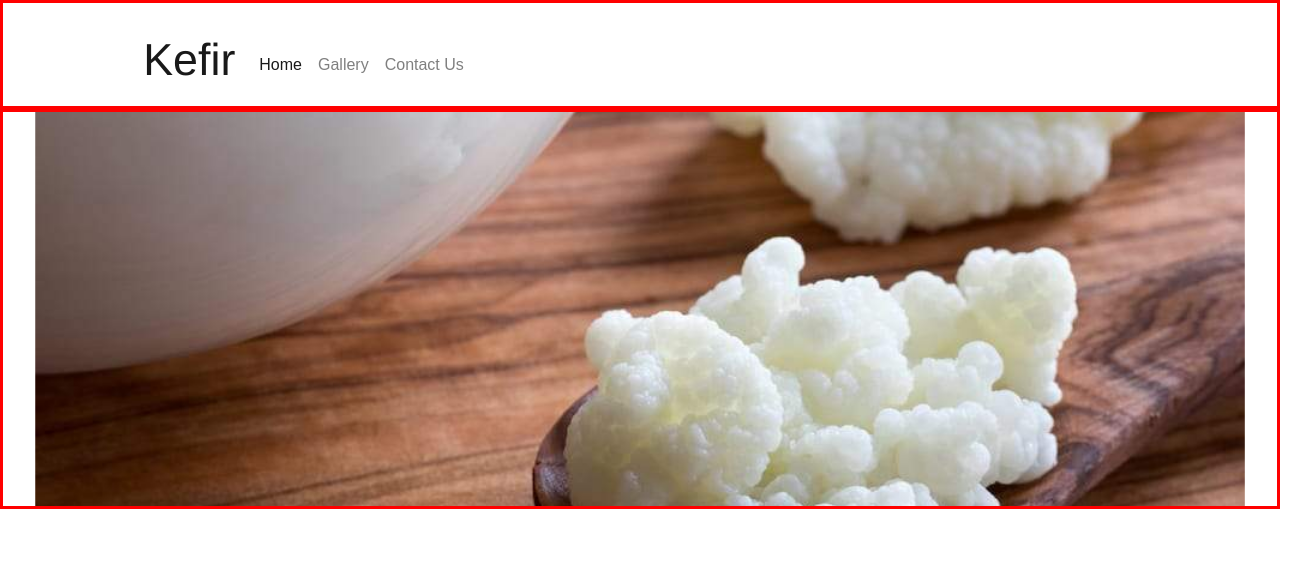
Repository: andna5980/kefir-web
Page: src/index.html
An editor plug-in stored every save of this project. The page is shown before and after the next save, followed by the edit.
The browser window is 1280 px wide. The page is 1280 px wide, then 1295 px, so the pictures cover 1295 px, including what lies to the right of the window. The pictures show the whole page.
Some web fonts or font styles are not loaded; a fallback is used. Some web libraries are served in a nearby version.

Above is the page before, as saved 2021-02-28 09:25:02.

### src/index.html
<!DOCTYPE html>
<html lang="en-US">

<head>
  <meta charset="UTF-8">
  <meta name="viewport" content="width=device-width, initial-scale=1.0">
  <meta name="author" content="Andres Navarrete">
  <meta name="description"
    content="Kefir, meet the power of nature. Bring the right knowledge and the best recipes from mother nature">
  <meta name="keywords" content="Kefir, recipes, natural-products, home-made, organic, healthy">
  <title>KEFIR | MEET THE POWER OF NATURE</title>
  <link rel="stylesheet" href="https://cdn.jsdelivr.net/npm/bootstrap@4.5.3/dist/css/bootstrap.min.css"
    integrity="sha384-TX8t27EcRE3e/ihU7zmQxVncDAy5uIKz4rEkgIXeMed4M0jlfIDPvg6uqKI2xXr2" crossorigin="anonymous">
  <link rel="stylesheet" href="https://use.fontawesome.com/releases/v5.6.3/css/all.css"
    integrity="sha384-UHRtZLI+pbxtHCWp1t77Bi1L4ZtiqrqD80Kn4Z8NTSRyMA2Fd33n5dQ8lWUE00s/" crossorigin="anonymous">
  <link href="../src/assets/styles/style.css" rel="stylesheet">
</head>

<body>
  <!--------------------Main-Header-------------------------------------->
  <header>
    <nav class="test-red navbar navbar-expand-md navbar-light">
      <a class="navbar-brand" href="#">Kefir</a>
      <button class="navbar-toggler" type="button" data-toggle="collapse" data-target="#navbarNav"
        aria-controls="navbarNav" aria-expanded="false" aria-label="Toggle navigation">
        <span class="navbar-toggler-icon"></span>
      </button>
      <div class="collapse navbar-collapse" id="navbarNav">
        <ul class="navbar-nav">
          <li class="nav-item active">
            <a class="nav-link" href="#">Home <span class="sr-only">(current)</span></a>
          </li>
          <li class="nav-item">
            <a class="nav-link" href="#">Gallery</a>
          </li>
          <li class="nav-item">
            <a class="nav-link" href="#">Contact Us</a>
          </li>

        </ul>
      </div>
    </nav>
  </header>

  <!--------------------Hero-mage-------------------------------------->

  <div class="test-red container-hero">
    <div class="hero-image col-12">

    </div>
  </div>


</body>

<script src="https://code.jquery.com/jquery-3.2.1.slim.min.js"
  integrity="sha384-KJ3o2DKtIkvYIK3UENzmM7KCkRr/rE9/Qpg6aAZGJwFDMVNA/GpGFF93hXpG5KkN" crossorigin="anonymous"></script>
<script src="https://cdnjs.cloudflare.com/ajax/libs/popper.js/1.12.9/umd/popper.min.js"
  integrity="sha384-ApNbgh9B+Y1QKtv3Rn7W3mgPxhU9K/ScQsAP7hUibX39j7fakFPskvXusvfa0b4Q" crossorigin="anonymous"></script>
<script src="https://maxcdn.bootstrapcdn.com/bootstrap/4.0.0/js/bootstrap.min.js"
  integrity="sha384-JZR6Spejh4U02d8jOt6vLEHfe/JQGiRRSQQxSfFWpi1MquVdAyjUar5+76PVCmYl" crossorigin="anonymous"></script>

</html>

### src/assets/styles/style.css
@import url('https://fonts.googleapis.com/css2?family=Amatic+SC&family=Caveat+Brush&display=swap');

.container {
    margin: 15px;
}


body {
    font-family: Arial, Helvetica, sans-serif;
    color: #2F4B58;
    max-width: 1500px;
}

h2 {
    font-family:  Caveat Brush, Helvetica, sans-serif;
    color: #2F4B58;
}


/*----------------------BORDER ROWS AND COLUMNS----------*/

.test-red {
    border: 3px solid red
}

.test-blue {
    border:1px solid blue
}









/*-----------------------Header ----------*/

.navbar-brand {
    float: left;
    color: #2F4B58;
    font-family:  Caveat Brush, Helvetica, sans-serif;
    font-size: 280%;
    margin-left: 10%;
    margin-top: 10px;
}

.navbar-nav {
    float: right;
}

.navbar-nav li a{
    margin-top: 20px;
    color: #2F4B58;
}


.navbar-toggler {
    border: 2px solid #2F4B58;
    color: #2F4B58;
}

.navbar-toggler.icon{

}






.menu a {
    text-decoration: none;
    color: #2F4B58;
}

.menu  {
list-style-type: none;
margin-right: 5%;
margin-top: 30px; /* CHAPUZA  */
word-spacing: 5px;
}

.menu ul {
    float:right;
    margin-left: 10px;
}

.menu li {
    list-style-type: none;
    display: inline-flex;
}


/*-----------------------Heeo-image ----------*/

.container-hero {
    height: 400px;
    overflow: hidden;
}

.hero-image {
    height: 400px;
    width: 100%;
    background: url(../images/milk-kefir-grains-spoon_1024x1024.jpg) no-repeat center;
    animation-name: hero-zoom;
    animation-duration: 4s;
    animation-fill-mode: forwards;
}

/*------Animation of the Hero image-------*/

@keyframes hero-zoom {
    from{
        transform: scale(1);
    }
    to{
        transform: scale(1.2);
    }
}

After the next save:
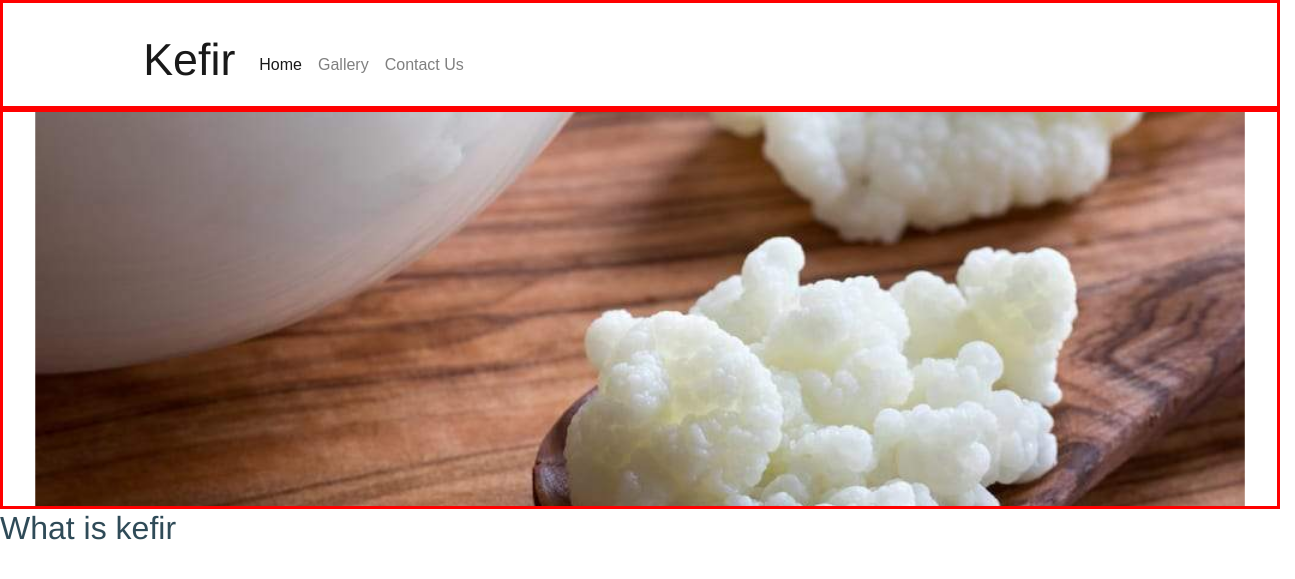
Saved 2 h 26 min later.
--- a/src/index.html
+++ b/src/index.html
@@ -45,13 +45,38 @@
   <!--------------------Hero-mage-------------------------------------->
 
   <div class="test-red container-hero">
-    <div class="hero-image col-12">
-
-    </div>
+    <div class="hero-image col-12"></div>
   </div>
 
 
+<!--------------------What -------------------------------------->
+
+<section>
+  <div class="row">
+    <div class="col-12"><h2>What is kefir</h2></div>
+  </div>
+
+
+
+
+
+</section>
+
+
+
+
+
 </body>
+
+
+
+
+
+
+
+
+
+
 
 <script src="https://code.jquery.com/jquery-3.2.1.slim.min.js"
   integrity="sha384-KJ3o2DKtIkvYIK3UENzmM7KCkRr/rE9/Qpg6aAZGJwFDMVNA/GpGFF93hXpG5KkN" crossorigin="anonymous"></script>
